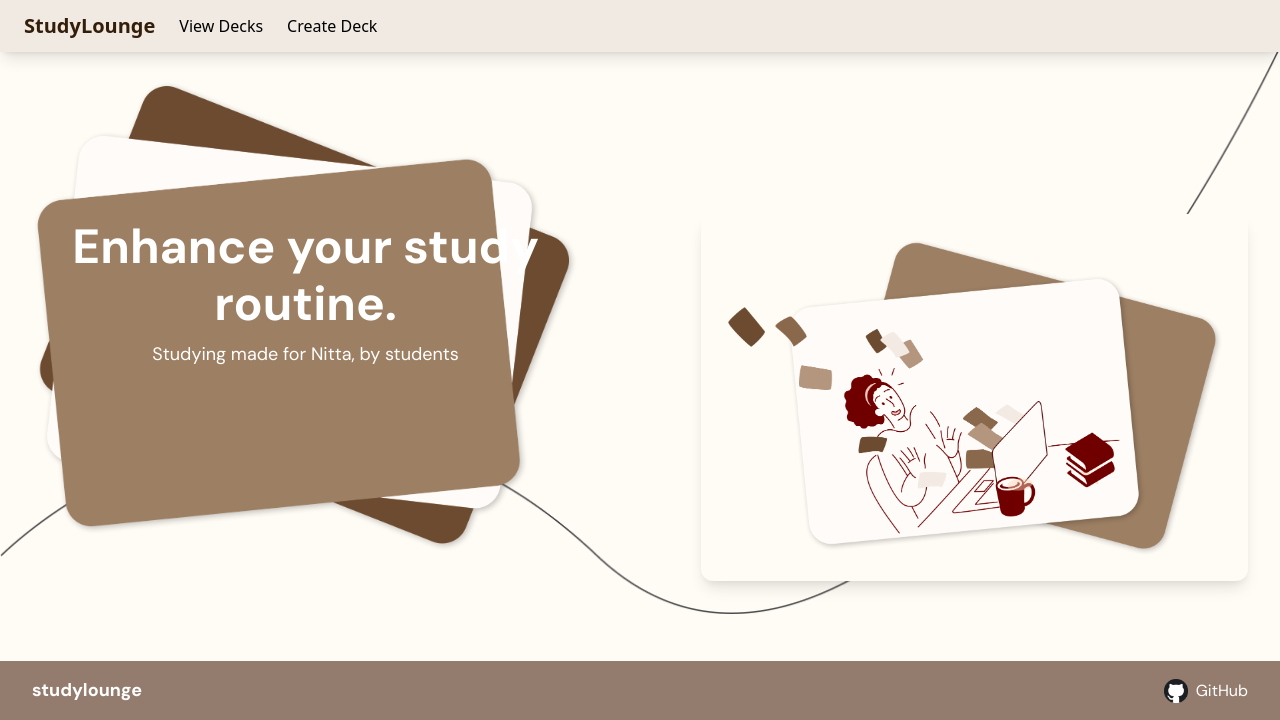
Repository: greg-chang/flashcard-website
Page: / (app in frontend/)
The author's editor kept a copy of each file at every save. The page is drawn from the files as they stood at one save, then again after the next save.
The browser window is 1280 px wide. The pictures show the whole page.
The page's requests for data from a server got no answer. The project was rebuilt for these pictures with package versions that can differ from the ones it lists, and the page was loaded fresh each time. Some packages were replaced by stand-ins written for this rebuild. The framework's server and built-in components were replaced by stand-ins that run in the browser. No one was signed in, and anything a server would have sent is missing. Also part of the build but not shown: frontend/next.config.ts, frontend/src/components/Dashboard.tsx.

Above is the page before, as saved 2025-06-09 16:56:50.

### frontend/src/app/layout.tsx
import type { Metadata } from "next";
import { Geist, Geist_Mono } from "next/font/google";
import { DM_Sans } from 'next/font/google';
import { ClerkProvider } from '@clerk/nextjs';
import { ChakraProvider, extendTheme } from '@chakra-ui/react';
import "./globals.css";
import Navbar from "@/components/ui/navbar";
import theme from "./theme";

const geistSans = Geist({
  variable: "--font-geist-sans",
  subsets: ["latin"],
});

const geistMono = Geist_Mono({
  variable: "--font-geist-mono",
  subsets: ["latin"],
});

const dmSans = DM_Sans({
  variable: '--font-dm-sans',
  subsets: ['latin'],
});

export const metadata: Metadata = {
  title: "Flashcard Website",
  description: "ECS 162 - Web Programming Final Project",
};

export default function RootLayout({
  children,
}: Readonly<{
  children: React.ReactNode;
}>) {
  return (
    <ClerkProvider>
        <html lang="en">
          <body
            className={`${geistSans.variable} ${geistMono.variable} ${dmSans.variable} antialiased`}
          >
            <Navbar />
            {children}
          </body>
        </html>
    </ClerkProvider>
  );
}

### frontend/src/app/page.tsx
'use client';
import Homepage from '@/components/Homepage';
import UserInterface from '@/components/UserInterface';
import Dashboard from '@/components/Dashboard';
import { useUser } from '@clerk/nextjs';
// import UserInterface from '@/components/UserInterface';

export default function Home() {
  const { isSignedIn, isLoaded } = useUser();
  if (!isLoaded) {
    return <div>Loading...</div>;
  }
  return (
    <main className="min-h-screen bg-gray-100">
      {/* <UserInterface /> */}
      {isSignedIn ? <Dashboard /> : <Homepage />}
    </main>
  );
}

### frontend/src/app/globals.css
@import "tailwindcss";

:root {
  --background: var(--color-sand);
  --foreground: var(--color-walnut);
}

@theme {
  /* Light */
  --color-sand: #F0EAE2 ;
  /* Medium */
  --color-coffee: #937156 ;
  /* Medium Text */
  --color-walnut: #8F6E4F ;
  /* VERY DARK */
  --color-expresso: #341D09 ;
  /* DESATURATED MEDIUM */
  --color-mocha: #604E3C ;
}

@theme inline {
  --color-background: var(--background);
  --color-foreground: var(--foreground);
  --font-sans: var(--font-geist-sans);
  --font-mono: var(--font-geist-mono);
}
/*
@john found out that this is what caused the white text of white background
@media (prefers-color-scheme: dark) {
  :root {
    --background: #0a0a0a;
    --foreground: #ededed;
  }
} */

body {
  background: var(--background);
  color: var(--foreground);
  font-family: Arial, Helvetica, sans-serif;
}

### frontend/src/components/ui/navbar.tsx
"use client";
import React, { useState, useRef, useEffect } from "react";
import { useUser, SignOutButton } from "@clerk/nextjs";
import Link from "next/link";

export default function Navbar() {
  const { user } = useUser();
  const [open, setOpen] = useState(false);
  const dropdownRef = useRef<HTMLDivElement>(null);

  // Log user object for debugging
  useEffect(() => {
    console.log("Navbar user:", user);
  }, [user]);

  // Close dropdown when clicking outside
  useEffect(() => {
    function handleClickOutside(event: MouseEvent) {
      if (
        dropdownRef.current &&
        !dropdownRef.current.contains(event.target as Node)
      ) {
        setOpen(false);
      }
    }
    if (open) {
      document.addEventListener("mousedown", handleClickOutside);
    }
    return () => {
      document.removeEventListener("mousedown", handleClickOutside);
    };
  }, [open]);

  return (
    <nav className="absolute top-0 left-0 w-full bg-sand shadow-lg flex items-center justify-between px-6 py-3 z-50">
      {/* Left side: Logo and navigation links */}
      <div className="flex items-center gap-6">
        <Link className="flex items-center" href={"/"}>
          <span className="font-bold text-xl text-expresso">StudyLounge</span>
        </Link>
        <Link
          href="/decks"
          className="text-walnut font-medium hover:text-mocha transition"
        >
          View Decks
        </Link>
        <Link
          href="/create-deck"
          className="text-walnut font-medium hover:text-mocha transition"
        >
          Create Deck
        </Link>
      </div>
      {/* User Profile */}
      {user && (
        <div className="relative" ref={dropdownRef}>
          <button
            className="flex items-center gap-2 focus:outline-none"
            onClick={() => setOpen((prev) => !prev)}
          >
            <img
              src={user.imageUrl}
              alt="User"
              className="h-8 w-8 rounded-full border"
            />
            <span className="font-medium text-gray-800">
              {user.firstName || user.username}
            </span>
            <svg
              className={`w-4 h-4 color-coffee ml-1 transition-transform ${open ? "rotate-180" : ""}`}
              fill="none"
              stroke="currentColor"
              viewBox="0 0 24 24"
            >
              <path
                strokeLinecap="round"
                strokeLinejoin="round"
                strokeWidth={2}
                d="M19 9l-7 7-7-7"
              />
            </svg>
          </button>
          {/* Dropdown */}
          {open && (
            <div className="absolute right-0 mt-2 w-56 bg-white border rounded shadow-lg z-50 p-2">
              <div className="px-4 py-2 border-b">
                <div className="font-semibold">
                  {user.firstName || user.username}
                </div>
                <div className="text-sm text-gray-500">
                  {user.emailAddresses?.[0]?.emailAddress}
                </div>
              </div>
              <SignOutButton>
                <button className="w-full text-left px-4 py-2 hover:bg-gray-100 text-expresso">
                  Sign Out
                </button>
              </SignOutButton>
            </div>
          )}
        </div>
      )}
    </nav>
  );
}

### frontend/src/components/Homepage.tsx
'use client';
import {
  Box,
  Button,
  Center,
  Heading,
  Stack,
  Text,
  VStack,
  HStack,
  SimpleGrid,
  Flex,
} from '@chakra-ui/react';
import { SignInButton, SignUpButton } from '@clerk/nextjs';
// import Header from './Header';
import Image from 'next/image';
import { ChakraProvider } from '@chakra-ui/react';
import theme from '@/app/theme';
// assets
import Illustration from '@/assets/Illustration.png';
import GroupedCards from '@/assets/Grouped Cards.png';
import StyleLine from '@/assets/Style Line.png';
import Footer from '@/components/footer';
// import GoogleLogo from '@/assets/Google Logo.png';

export default function Homepage() {
  return (
    <ChakraProvider theme={theme}>
    <Flex minH="100vh" direction="column" bg="#FFFBF5" color="black" fontFamily="var(--font-dm-sans)">
      {/* Header */}
      {/* Main Content Area */}
      <Flex
        direction={{ base: 'column', md: 'row' }}
        align="stretch"
        justify="space-between"
        py={{ base: 10, md: 20 }}
        px={{ base: 4, md: 8 }}
        flex="1"
        position="relative"
        overflow="hidden"
      >
        {/* Background Wave */}
        <Box
          position="absolute"
          top="0"
          left="0"
          width="100%"
          height="100%"
          backgroundImage={`url(${StyleLine.src})`}
          backgroundSize="contain"
          backgroundRepeat="no-repeat"
          backgroundPosition="center"
          zIndex="0"
          opacity="1"
        />

        {/* Left Section: Grouped Cards Image */}
        <Box
          position="relative"
          flex="1"
          minW={{ base: 'full', md: '45%' }}
          maxW={{ base: 'full', md: '45%' }}
          display="flex"
          justifyContent="flex-start"
          alignItems="flex-start"
          alignSelf="flex-start"
          zIndex="1"
        >
          <Image
            src={GroupedCards}
            alt="Grouped Study Cards"
            width={550}
            height={400}
            layout="responsive"
            objectFit="contain"
            priority
          />
          {/* Text Overlay on Grouped Cards */}
          <Box
            position="absolute"
            color="white"
            textAlign="center"
            top="45%"
            left="50%"
            transform="translate(-50%, -50%)"
            width="100%"
          >
            <Heading fontSize={{ base: '3xl', md: '4xl', lg: '5xl' }} mb={2}>
              Enhance your study routine.
            </Heading>
            <Text fontSize={{ base: 'md', md: 'lg' }}>
              Studying made for Nitta, by students
            </Text>
          </Box>
        </Box>

        {/* Right Section: Illustration Image Card */}
        <Box
          flex="1"
          minW={{ base: 'full', md: '45%' }}
          maxW={{ base: 'full', md: '45%' }}
          display="flex"
          justifyContent="flex-end"
          alignItems="flex-end"
          alignSelf="flex-end"
          position="relative"
          zIndex="1"
        >
          <Box
            bg="#FFFBF5"
            p={6}
            borderRadius="xl"
            boxShadow="lg"
            position="relative"
            zIndex="1"
            display="inline-block"
          >
            <Image
              src={Illustration}
              alt="Study Lounge Illustration"
              width={600}
              height={450}
              layout="responsive"
              objectFit="contain"
              priority
            />
          </Box>
          {/* Small brown card elements (re-evaluate positions based on new layout) */}
          <Box
            position="absolute"
            bg="#937C6D"
            width="60px"
            height="40px"
            borderRadius="md"
            top="5%"
            right="10%"
            transform="rotate(15deg)"
            zIndex="0"
            display={{ base: 'none', md: 'block' }}
          />
          <Box
            position="absolute"
            bg="#937C6D"
            width="40px"
            height="30px"
            borderRadius="md"
            bottom="15%"
            left="20%"
            transform="rotate(-20deg)"
            zIndex="0"
            display={{ base: 'none', md: 'block' }}
          />
          <Box
            position="absolute"
            bg="#937C6D"
            width="50px"
            height="35px"
            borderRadius="md"
            bottom="5%"
            right="5%"
            transform="rotate(5deg)"
            zIndex="0"
            display={{ base: 'none', md: 'block' }}
          />
        </Box>
      </Flex>

      {/* Footer */}
      <Footer />
    </Flex>
    </ChakraProvider>
  );

}

### frontend/src/app/theme.tsx
'use client';
import { extendTheme } from '@chakra-ui/react';

const theme = extendTheme({
    //not actually used
  colors: {
    brand: {
      50: '#ffe4ed',
    },
  },
  fonts: {
    heading: 'var(--font-geist-sans), sans-serif',
    body: 'var(--font-geist-sans), sans-serif',
  },
  styles: {
    global: {
      body: {
        bg: 'pink.100',
        color: 'black',
      },
    },
  },
});

export default theme;

### frontend/src/components/footer.tsx
'use client';

import { Flex, Text, HStack } from '@chakra-ui/react';
import Image from 'next/image';
import GithubLogo from '@/assets/Github Logo.png';
export default function Footer() {
  return (
    <Flex
      as="footer"
      bg="#937C6D"
      color="white"
      py={4}
      px={8}
      justify="space-between"
      align="center"
      mt="auto"
      fontFamily="var(--font-dm-sans)"
      zIndex="1"
      position="relative"
    >
      <Text fontSize="lg" fontWeight="bold">studylounge</Text>
      <a href="https://github.com/greg-chang/flashcard-website" target="_blank" rel="github">
      <HStack spacing={2}>
        <Image
          src={GithubLogo}
          alt="GitHub Logo"
          width={24}
          height={24}
          style={{ objectFit: 'contain' }}
        />
        <Text>GitHub</Text>
      </HStack>
      </a>
    </Flex>
  );
}

After the next save:
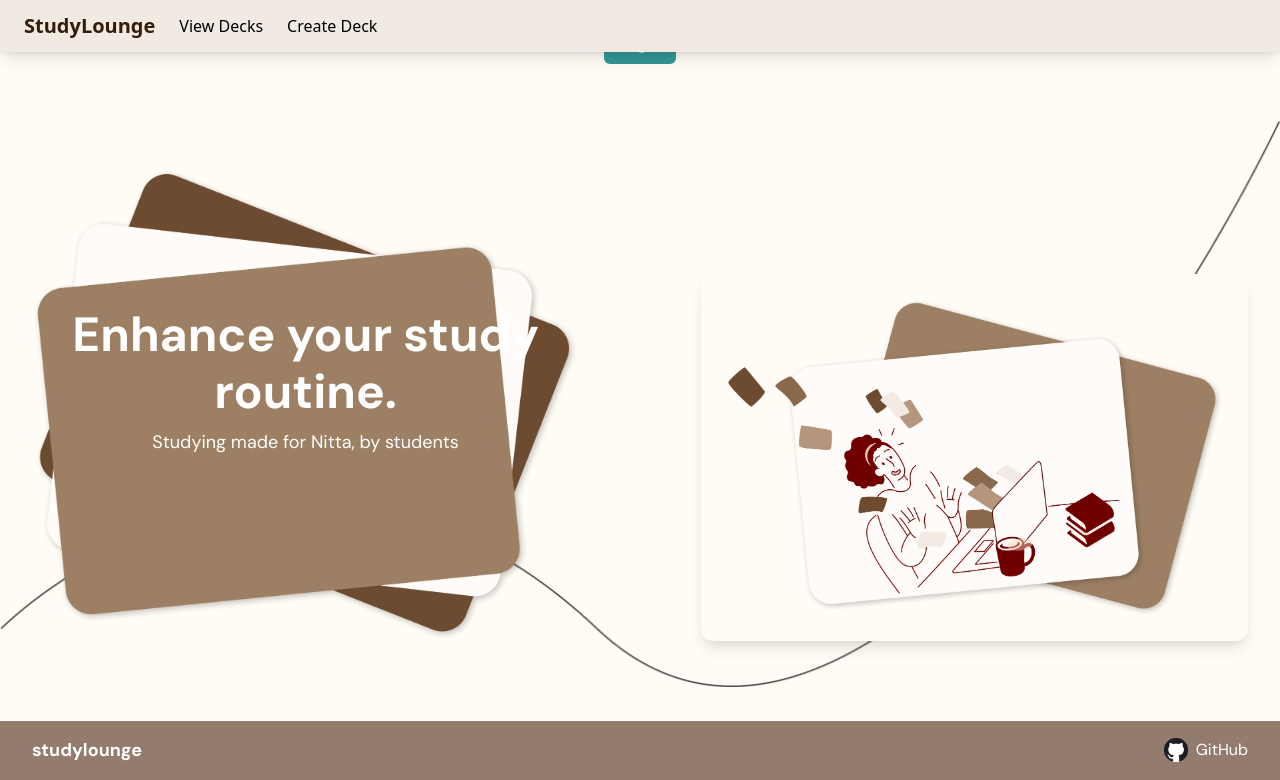
Saved 2 min 49 s later.
--- a/frontend/src/components/Homepage.tsx
+++ b/frontend/src/components/Homepage.tsx
@@ -28,6 +28,14 @@ export default function Homepage() {
     <ChakraProvider theme={theme}>
     <Flex minH="100vh" direction="column" bg="#FFFBF5" color="black" fontFamily="var(--font-dm-sans)">
       {/* Header */}
+          <Box textAlign="center" my={6}>
+      <SignInButton mode="modal">
+        <Button colorScheme="teal" size="md">
+          Login
+        </Button>
+      </SignInButton>
+    </Box>
+
       {/* Main Content Area */}
       <Flex
         direction={{ base: 'column', md: 'row' }}
